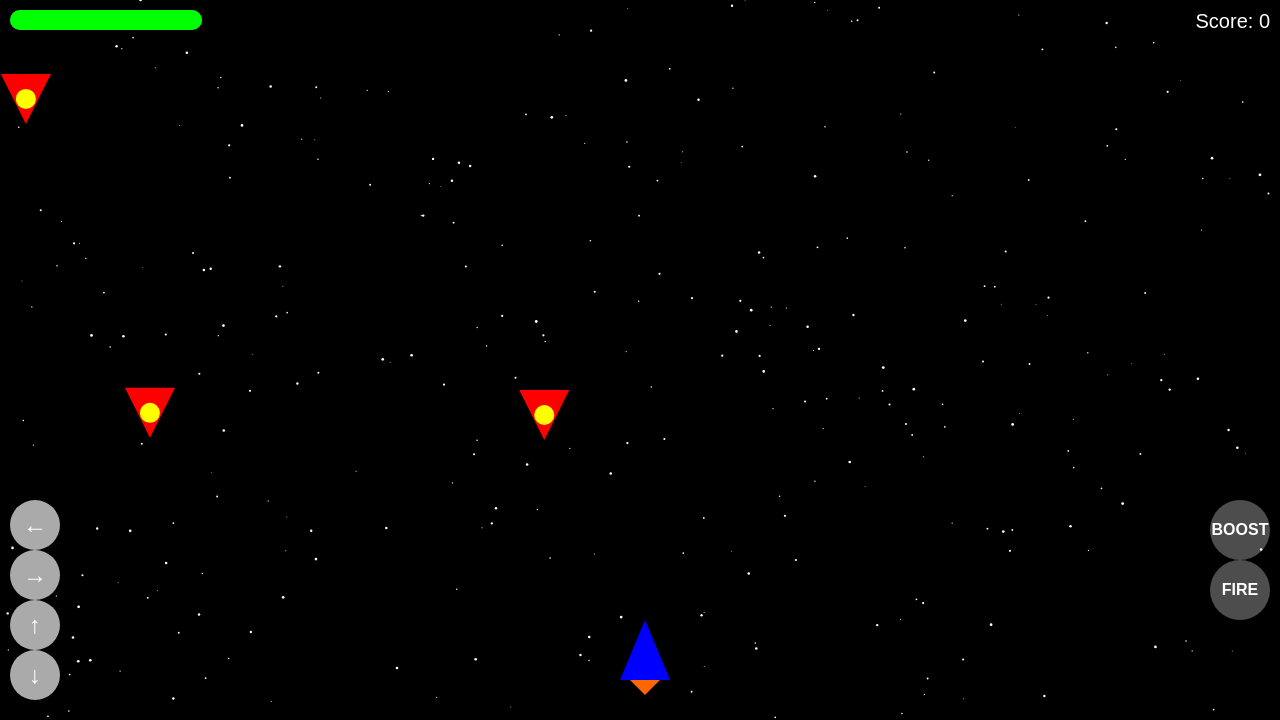
Repository: BiranOrundas/space-shooter
Page: space-shooter.html
These files come from the project's save history. The page is drawn as it stood at one moment and after the next save; the edit follows.
The browser window is 1280 px wide. The pictures show the whole page.

Above is the page before, as saved 2025-03-13 17:08:56.

After the next save:
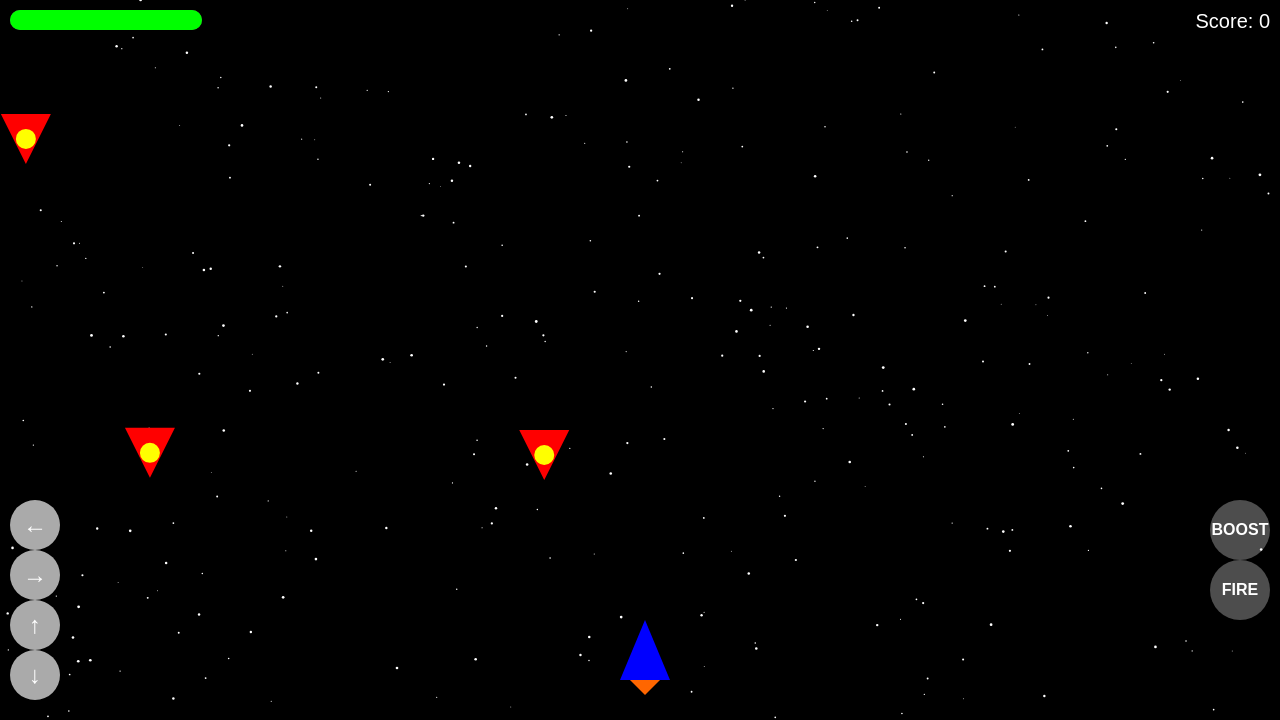
Saved 41 s later.
--- a/space-shooter.html
+++ b/space-shooter.html
@@ -294,7 +294,7 @@
 
     enemies.push({
       x: Math.random() * (canvas.width - 50),
-      y: -50,
+      y: -10,
       width: 50,
       height: 50,
       speed: enemySpeed  // Boost durumuna göre hız

After the save that followed:
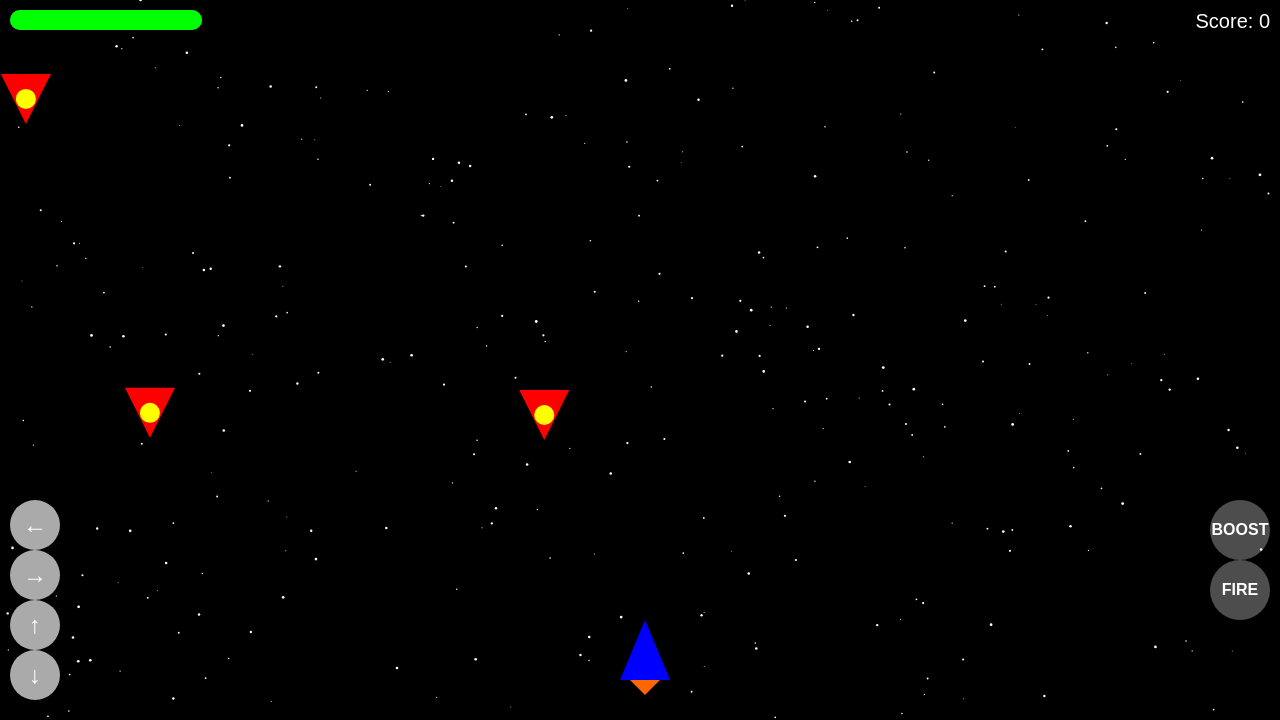
Saved 8 s later.
--- a/space-shooter.html
+++ b/space-shooter.html
@@ -294,7 +294,7 @@
 
     enemies.push({
       x: Math.random() * (canvas.width - 50),
-      y: -10,
+      y: -50,
       width: 50,
       height: 50,
       speed: enemySpeed  // Boost durumuna göre hız
